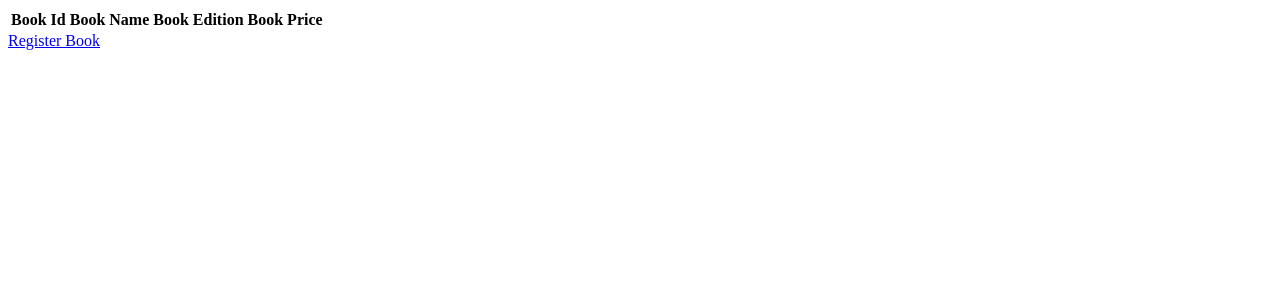
Repository: meriam0000/servlet
Page: http://localhost/BookWebApp/bookList
These files come from the project's save history. The page is drawn as it stood at one moment and after the next save; the edit follows.
The browser window is 1280 px wide. The pictures show the whole page.
The page is served by Tomcat 9. Other server files are loaded and not shown. Queries for data that is not in the repository find no rows.

Above is the page before, as saved 2024-02-13 14:01:22.

### BookWebApp/src/main/java/com/idiot/servlet/BookListServlet.java
package com.idiot.servlet;

import java.io.IOException;
import java.io.PrintWriter;
import java.sql.Connection;
import java.sql.DriverManager;
import java.sql.PreparedStatement;
import java.sql.ResultSet;
import java.sql.SQLException;

import javax.servlet.ServletException;
import javax.servlet.annotation.WebServlet;
import javax.servlet.http.HttpServlet;
import javax.servlet.http.HttpServletRequest;
import javax.servlet.http.HttpServletResponse;
@WebServlet("/bookList")
public class BookListServlet extends HttpServlet {
	   private static final String query="SELECT id ,BookName,BookEdition,BookPrice  From BookData";
		@Override
		protected void doGet(HttpServletRequest req, HttpServletResponse resp) throws ServletException, IOException {
			//get printWriter
			PrintWriter pw=resp.getWriter();
			//set content type
			resp.setContentType("text/html");


			//load jdbc driver
			try {
				Class.forName("com.mysql.cj.jdbc.Driver");
			}catch(ClassNotFoundException se){
				se.printStackTrace();
			}
			//generate the connection
			try(Connection con =DriverManager.getConnection("jdbc:mysql://localhost:3306/servlet","meriam","123456789");
					PreparedStatement ps = con.prepareStatement(query);){
					ResultSet rs=ps.executeQuery();
					pw.println("<table>");
					pw.println("<tr>");
					pw.println("<th> Book Id </th>");
					pw.println("<th> Book Name </th>");
					pw.println("<th> Book Edition </th>");
					pw.println("<th> Book Price </th>");
					pw.println("</tr>");
					while(rs.next()) {
					pw.println("<tr>");
					pw.println("<td>"+rs.getInt(1) +"</td>");
					pw.println("<td>"+rs.getString(2) +"</td>");
					pw.println("<td>"+rs.getString(3) +"</td>");
					pw.println("<td>"+rs.getFloat(4) +"</td>");
					pw.println("</tr>");
					}
					pw.println("</table>");



			} catch (SQLException e) {

				e.printStackTrace();
				pw.println("<h1>"+e.getMessage()+"</h1>");
			} catch (Exception e) {

				e.printStackTrace();
				pw.println("<h1>"+e.getMessage()+"</h1>");
			}
			pw.println("<a href='Home.html'>Register Book</a>");
			}
		@Override
		protected void doPost(HttpServletRequest req, HttpServletResponse resp) throws ServletException, IOException {
			doGet(req, resp);
		}
}

After the next save:
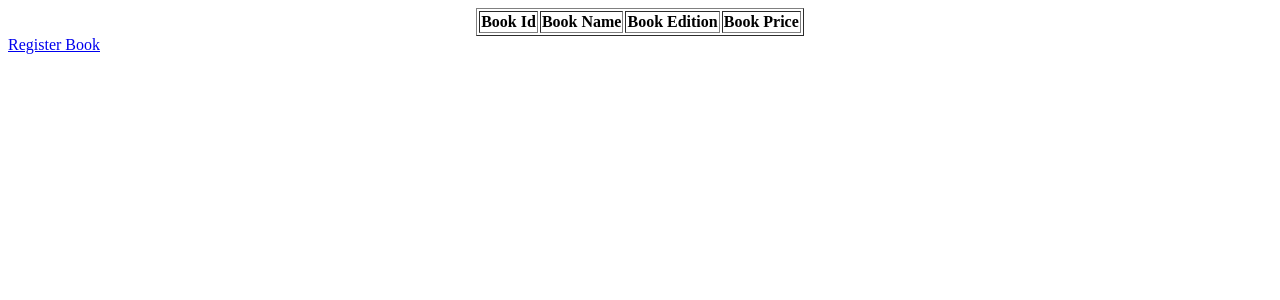
Saved 95 s later.
--- a/BookWebApp/src/main/java/com/idiot/servlet/BookListServlet.java
+++ b/BookWebApp/src/main/java/com/idiot/servlet/BookListServlet.java
@@ -34,7 +34,7 @@ public class BookListServlet extends HttpServlet {
 			try(Connection con =DriverManager.getConnection("jdbc:mysql://localhost:3306/servlet","meriam","123456789");
 					PreparedStatement ps = con.prepareStatement(query);){
 					ResultSet rs=ps.executeQuery();
-					pw.println("<table>");
+					pw.println("<table border='1' align='center' >");
 					pw.println("<tr>");
 					pw.println("<th> Book Id </th>");
 					pw.println("<th> Book Name </th>");
